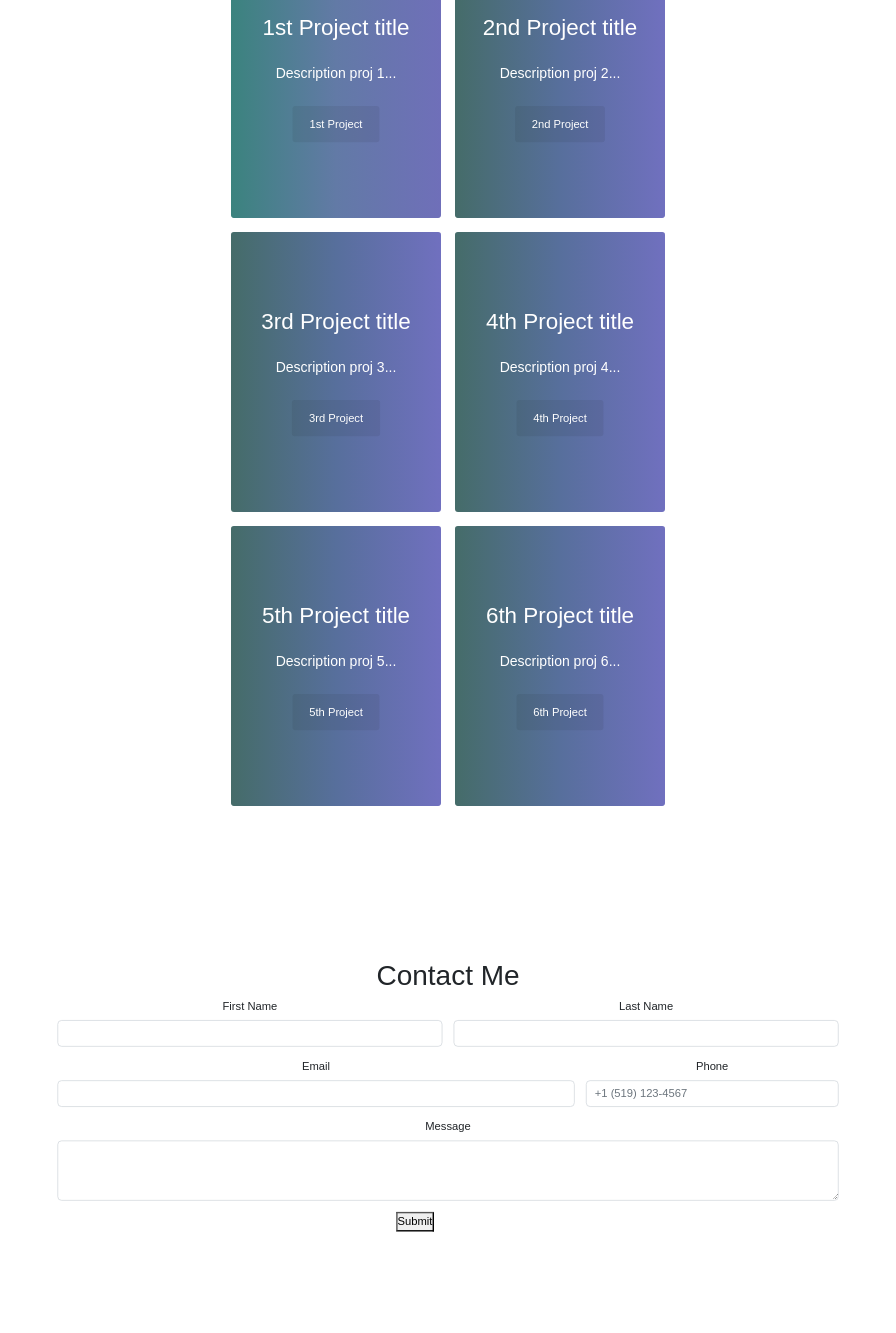
Repository: dvynchi/profile-2022
Page: index.html
The author's editor kept a copy of each file at every save. The page is drawn from the files as they stood at one save, then again after the next save.
The browser window is 1280 px wide. The pictures show the part of the page from y = 1085 to 3005 px (the page is 2989 px tall before and 3005 px after), at 70% of full size.
A picture or video elsewhere on the page could not be fetched, so the positions and the page height are approximate. Some web libraries are served in a nearby version.

Above is the page before, as saved 2022-08-16 12:42:39.

After the next save:
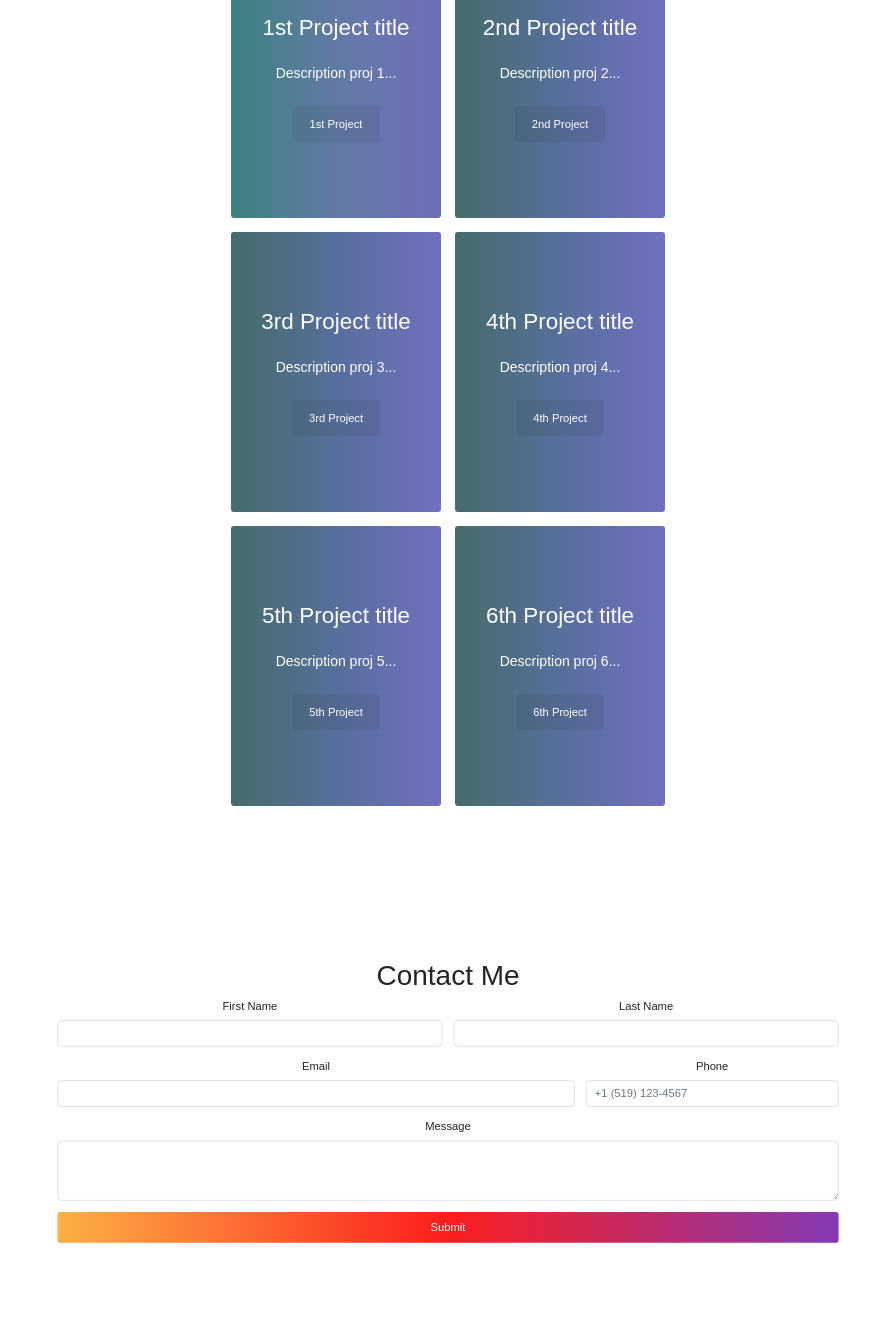
Saved 11 s later.
--- a/index.html
+++ b/index.html
@@ -193,7 +193,7 @@
                             <textarea class="form-control" id="message" rows="3" required></textarea>
                         </div>
                         <!-- -------- Button ------>
-                        <div class="col-md-11">
+                        <div class="col-md-12">
                             <button class="submit" id="btn btn-primary">Submit</button>
                         </div>
 
